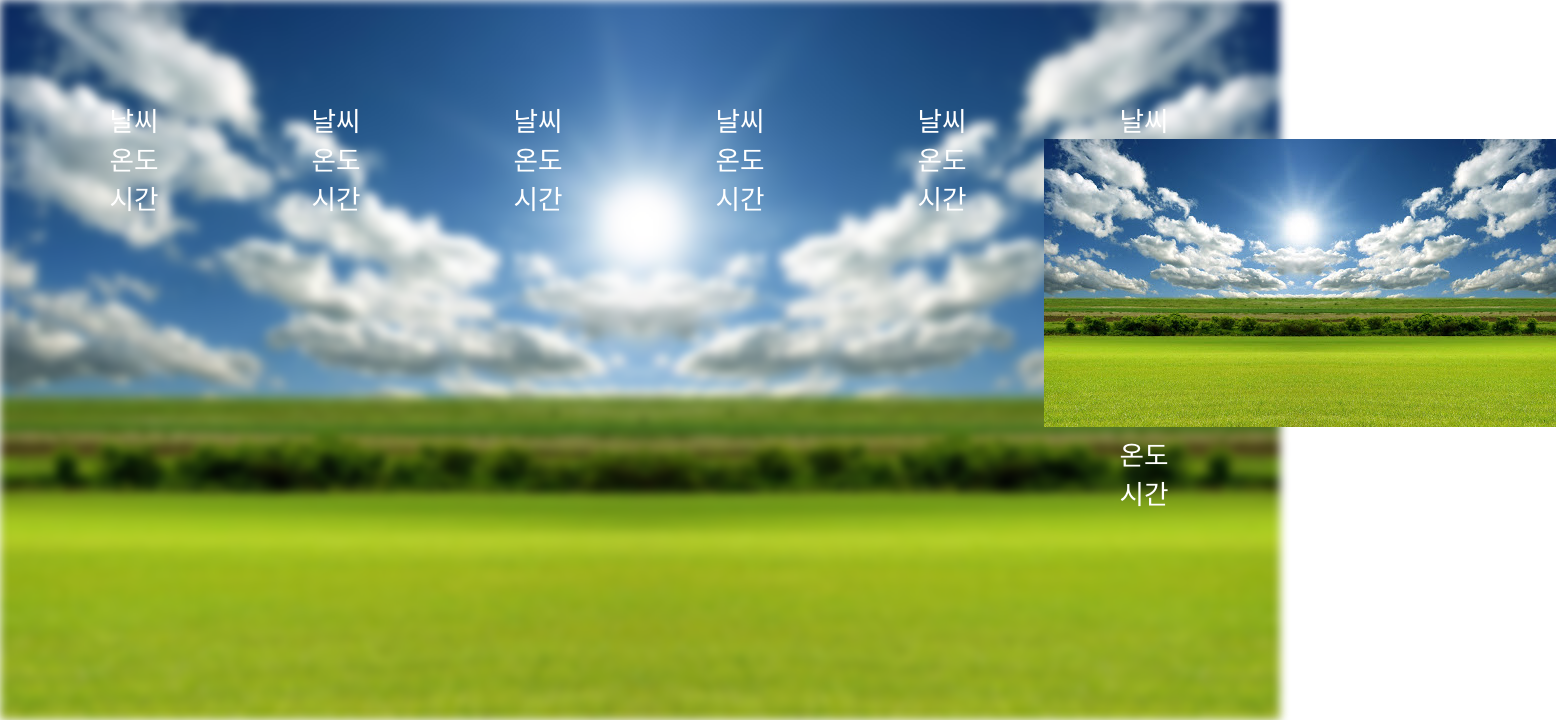
Repository: RyoTTa/4-1-Web-Programming
Page: SoloProject/Project/WebContent/index.html
These files come from the project's save history. The page is drawn as it stood at one moment and after the next save; the edit follows.
The browser window is 1280 px wide. The page is 1556 px wide, then 1400 px, so the pictures cover 1556 px, including what lies to the right of the window. The pictures show the whole page.
The page's requests for data from a server got no answer.

Above is the page before, as saved 2020-05-05 15:23:56.

After the next save:
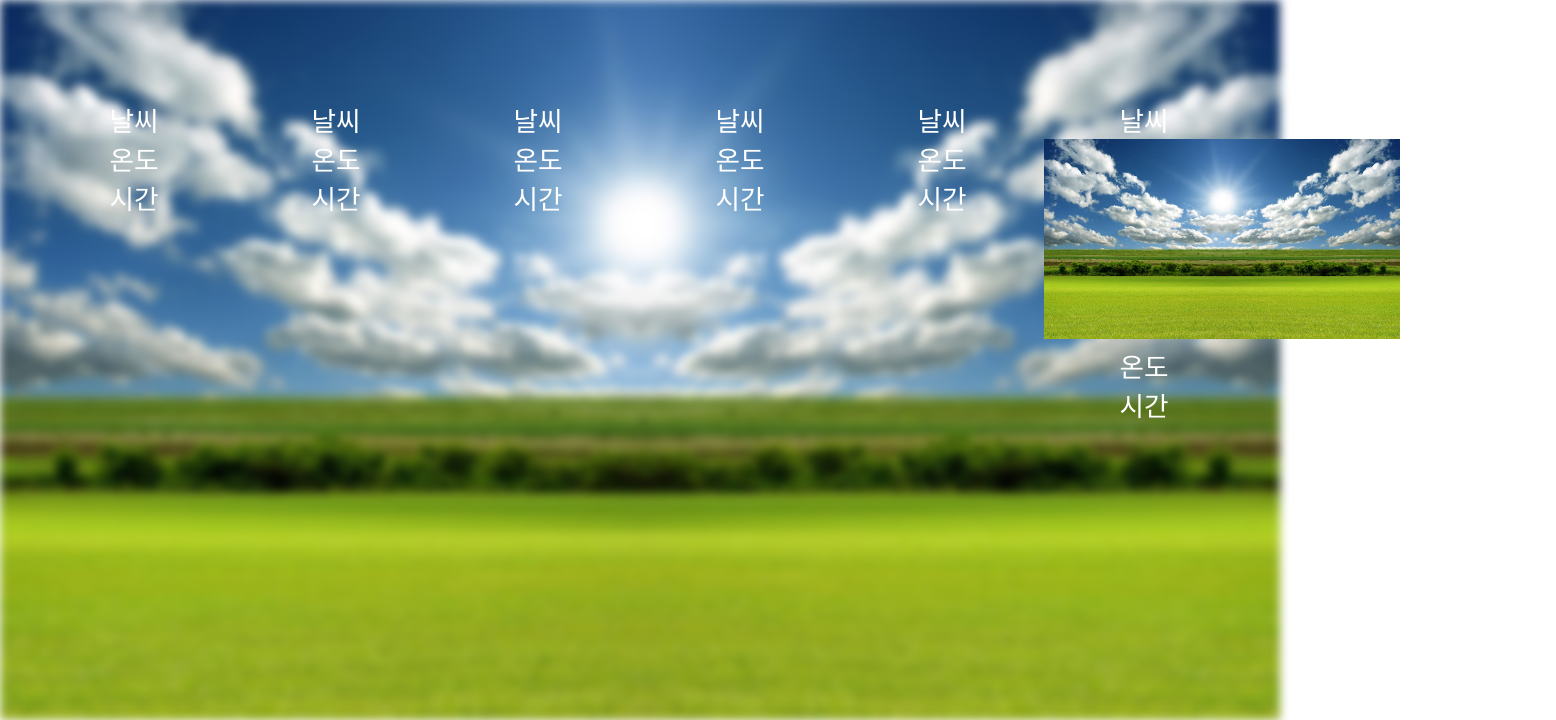
Saved 48 s later.
--- a/SoloProject/Project/WebContent/index.html
+++ b/SoloProject/Project/WebContent/index.html
@@ -49,7 +49,7 @@
 				</div>
 				<div class="box">
 					<div id="box6_weather">날씨</div>
-					<div id="box6_weather_icon"><img id=box6_weather_icon_image src="clean.jpg"></div>
+					<div id="box6_weather_icon"><img id=box6_weather_icon_image src="clean.jpg" widht="200px" height="200px"></div>
 					<div id="box6_temp">온도</div>
 					<div id="box6_time">시간</div>
 				</div>
